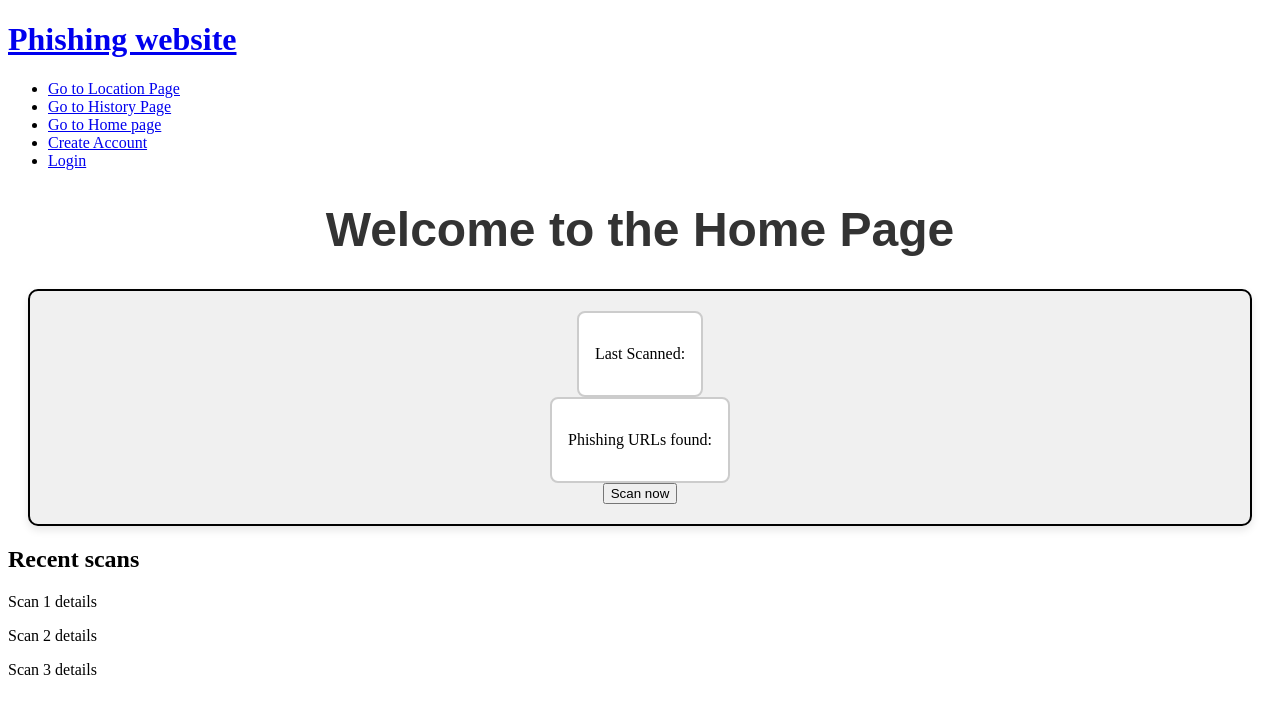
Repository: 2305199/Final-year-project
Page: / (app in frontend/)
An editor plug-in stored every save of this project. The page is shown before and after the next save, followed by the edit.
The browser window is 1280 px wide. The pictures show the whole page.
The project was rebuilt for these pictures with package versions that can differ from the ones it lists, and the page was loaded fresh each time. Also part of the build but not shown: frontend/vite.config.js, frontend/src/Location/Location.jsx, frontend/src/History/History.jsx, frontend/src/User/CreateAccount.jsx, frontend/src/User/Login.jsx.

Above is the page before, as saved 2026-01-29 00:53:59.

After the next save:
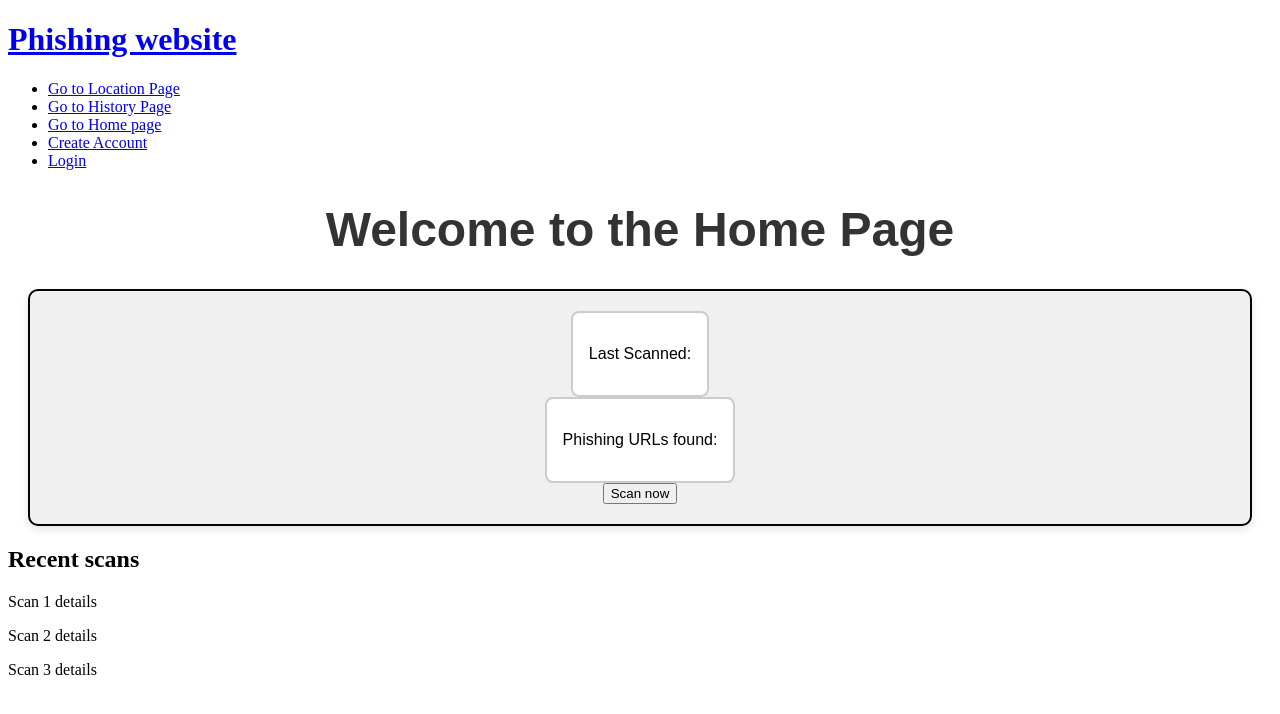
Saved 18 s later.
--- a/frontend/src/Home/Home.module.css
+++ b/frontend/src/Home/Home.module.css
@@ -28,10 +28,12 @@
   padding: 16px;
   border-radius: 8px;
   background-color: #ffffff;
+   font-family: 'Arial', sans-serif;
 }
 .Pfound {
   border: 2px solid #ccc;
   padding: 16px;
   border-radius: 8px;
   background-color: #ffffff;
+   font-family: 'Arial', sans-serif;
 }
